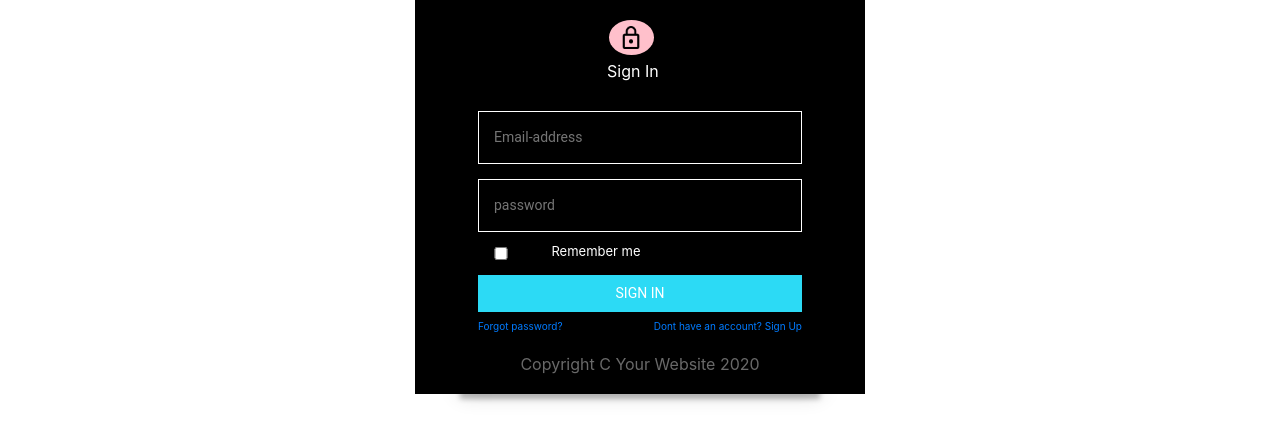
Repository: andbilous/cursor-styled-components
Page: /sign-in
An editor plug-in stored every save of this project. The page is shown before and after the next save, followed by the edit.
The browser window is 1280 px wide. The pictures show the whole page.
The project was rebuilt for these pictures with package versions that can differ from the ones it lists, and the page was loaded fresh each time. Also part of the build but not shown: src/App.css, src/components/SignUpForm.jsx.

Above is the page before, as saved 2020-04-19 16:37:51.

### src/App.js
import React from 'react';
import {
  BrowserRouter as Router,
  Switch,
  Route,
  Link
} from "react-router-dom";
import './App.css';
import SignInForm from './components/SignInForm';
import SignUpForm from './components/SignUpForm';

function App() {
  return (
   <Router>
      <Switch>
          <Route exact path="/sign-in">
            <SignInForm />
          </Route>
          <Route path="/sign-up">
            <SignUpForm />
          </Route>
        </Switch>
   </Router>
  );
}

export default App;

### src/components/SignInForm.jsx
import React from 'react';
import styled from "styled-components";

const SignInFormStyles=styled.div`
*{
  box-sizing: border-box;
}
.login-page {
  width: 450px;
  margin: auto;
  background: #000;
}
.form {
  position: relative;
  z-index: 1;
  max-width: 360px;
  margin: 0 auto;
  margin-top:10px;
  padding: 18px;
  text-align: center;
  box-shadow: 0 0 20px 0 rgba(0, 0, 0, 0.2), 0 5px 5px 0 rgba(0, 0, 0, 0.24);
}
.form input {
  font-family: "Roboto", sans-serif;
  outline: 0;
  border: 1px solid #fff;
  background:transparent;
  width: 100%;
  margin: 0 0 15px;
  padding: 15px;
  font-size: 14px;
}
.form input[type="checkbox"]{
  transform: translateX(-85px);
}
.form button {
  font-family: "Roboto", sans-serif;
  text-transform: uppercase;
  outline: 0;
  background: #2cdaf5;
  width: 100%;
  border: 0;
  padding: 8px;
  color: #FFFFFF;
  font-size: 14px;
  -webkit-transition: all 0.3 ease;
  transition: all 0.3 ease;
  cursor: pointer;
}
.form button:hover,.form button:active,.form button:focus {
  background: #43A047;
}
.form .message {
  margin: 15px 0 0;
  color: #b3b3b3;
  font-size: 12px;
}
.form .message a {
  color: #4CAF50;
  text-decoration: none;
}
.container {
  position: relative;
  z-index: 1;
  max-width: 300px;
  margin: 0 auto;
}
.container:before, .container:after {
  content: "";
  display: block;
  clear: both;
}
.container .info {
  margin: 50px auto;
  text-align: center;
}
.container .info h1 {
  margin: 0 0 15px;
  padding: 0;
  font-size: 36px;
  font-weight: 300;
  color: #1a1a1a;
}
.container .info span {
  color: #4d4d4d;
  font-size: 12px;
}
.container .info span a {
  color: #000000;
  text-decoration: none;
}
.container .info span .fa {
  color: #EF3B3A;
}
body {
  background: #76b852; /* fallback for old browsers */
  background: -webkit-linear-gradient(right, #76b852, #8DC26F);
  background: -moz-linear-gradient(right, #76b852, #8DC26F);
  background: -o-linear-gradient(right, #76b852, #8DC26F);
  background: linear-gradient(to left, #76b852, #8DC26F);
  font-family: "Roboto", sans-serif;
  -webkit-font-smoothing: antialiased;
  -moz-osx-font-smoothing: grayscale;
}
.links{
  display:flex
}
.remember{
color:#fff;
}
.additional{
 color: #2cdaf5;
 display: flex;
 justify-content: space-between;
}
.additional a{
  font-size:10px
 }
.img-container{
  background: pink;
  border-radius: 50%;
  width:10%;
  transform: translateY(20px);
  margin-left: 43%;
}
img{
  margin: 6px 11px;
  width: 50%;
}
.image-label{
  display:block;
  color:#fff;
  margin-left: 12rem;
  margin-top: 1.5rem;
}
.label-remember{
  display: inline-block;
  margin-bottom: .5rem;
  transform: translateX(-152px);
  font-size: 13px;
  width: 50%;
  margin-top: -5px;
}
footer{
  color: dimgrey;
}
`


const SignInForm =() =>{
  return (
    <SignInFormStyles>
<div class="login-page">
  <div class='img-container'>
    <img src={require('../assets/padlock.png')}/>
    </div>
    <span class='image-label'>Sign In</span>

  <div class="form">
    <form class="login-form">
    <input type="text" placeholder="Email-address"/>
      <input type="password" placeholder="password"/>
      <div class='links remember'><input type="checkbox"/><label class='label-remember'>Remember me</label></div>
     <button>Sign In</button>
     <div class='links additional'>
     <p><a href="#">Forgot password?</a></p>
       <p><a href="#">Dont have an account? Sign Up</a></p>
       </div>
       <footer>
       <span>Copyright C Your Website 2020</span>
       </footer>

    </form>
  </div>
</div>
    </SignInFormStyles>

  )
}


export default  SignInForm;

Loaded but not shown: public/index.html (common file); src/index.js (common file); src/index.css (common file); src/serviceWorker.js (common file)

After the next save:
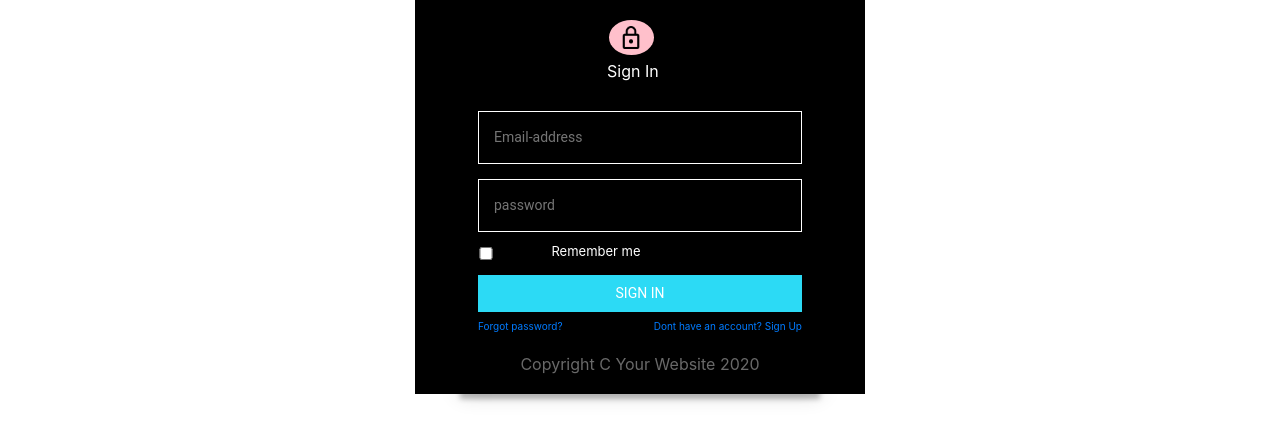
Saved 26 s later.
--- a/src/components/SignInForm.jsx
+++ b/src/components/SignInForm.jsx
@@ -31,7 +31,7 @@ const SignInFormStyles=styled.div`
   font-size: 14px;
 }
 .form input[type="checkbox"]{
-  transform: translateX(-85px);
+  transform: translateX(-100px);
 }
 .form button {
   font-family: "Roboto", sans-serif;
